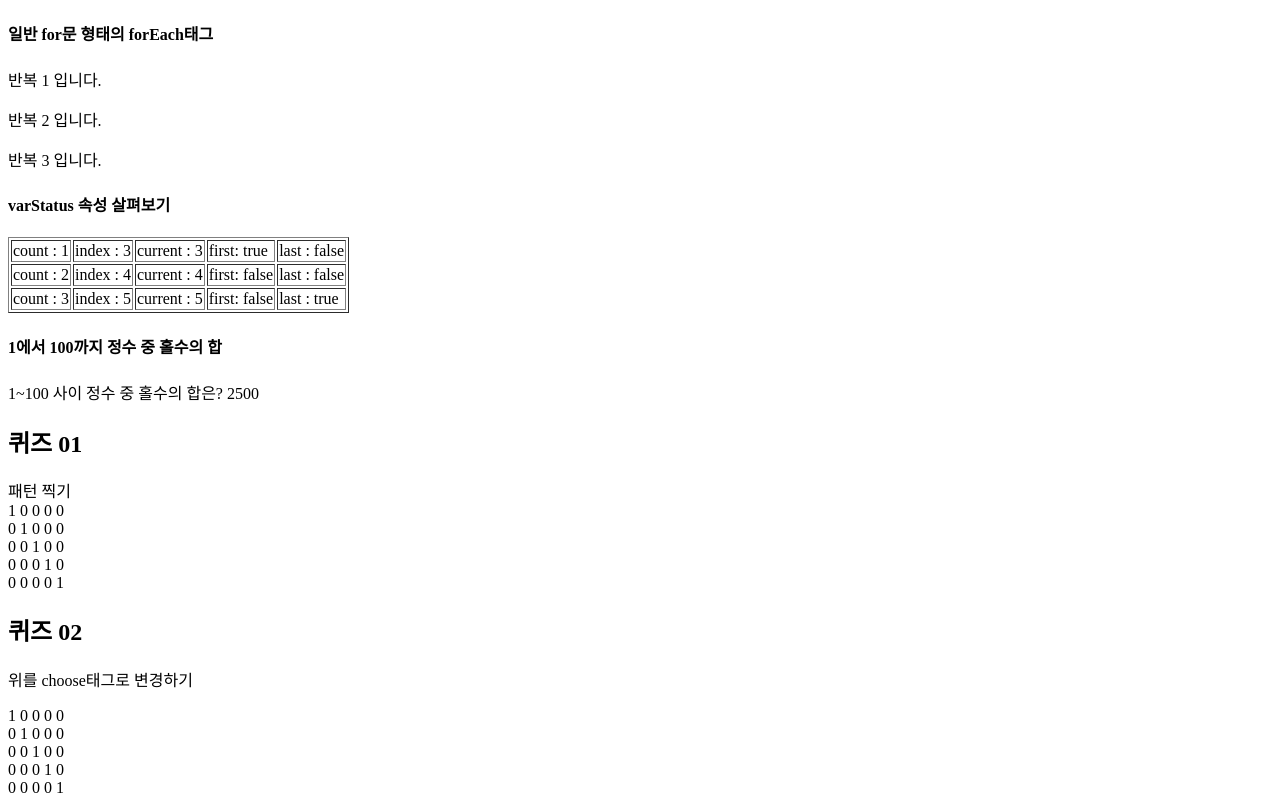
Repository: ssing365/JSPStudy
Page: http://localhost/JSPServlet/11JSTL/core/ForEachNormal.jsp
These files come from the project's save history. The page is drawn as it stood at one moment and after the next save; the edit follows.
The browser window is 1280 px wide. The pictures show the whole page.
The page is served by Tomcat 10. Other server files are loaded and not shown.

Above is the page before, as saved 2024-11-06 08:50:24.

### JSPServlet/src/main/webapp/11JSTL/core/ForEachNormal.jsp
<%@ page language="java" contentType="text/html; charset=UTF-8"
    pageEncoding="UTF-8"%>
<%@ taglib prefix="c" uri="jakarta.tags.core"%>
<!DOCTYPE html>
<html>
<head>
<meta charset="UTF-8">
<title>JSTL - forEach1</title>
</head>
<body>
	<!--
	forEach태그의 일반 for문 형태
		속성]
			begin : 반복문의 시작값
			end : 종료값
			step : 증가치(생략할 경우 1로 고정)
			var : 반복에 사용할 변수
	 -->
	<h4>일반 for문 형태의 forEach태그</h4>
	<c:forEach begin="1" end="3" step="1" var="i">
		<p>반복 ${i} 입니다.</p>
	</c:forEach>

	<h4>varStatus 속성 살펴보기</h4>
	<!--
	일반 for문에서의 varStatus 속성
	: 반복과 관련된 정보를 추상화한 클래스를 통해 정보를 반환한다.
		count : 실제 반복횟수 반환. 1부터 시작
		index : 변수 i의 변환하는 값을 반환
		first : 루프의 처음일 때 true를 반환
		last : 루프의 마지막에 true
		current : 현재 루프의 변수값을 반환(var속성에 지정된 변수)
		* 즉, 일반 for문에서는 index와 current는 동일한 값을 반환한다.
	 -->
	<table border="1">
	<c:forEach begin="3" end="5" var="i" varStatus="loop">
		<tr>
			<td>count : ${loop.count }</td>
			<td>index : ${loop.index }</td>
			<td>current : ${loop.current }</td>
			<td>first: ${loop.first }</td>
			<td>last : ${loop.last }</td>
		</tr>
	</c:forEach>
	</table>

	<h4>1에서 100까지 정수 중 홀수의 합</h4>
	<!-- 변수 j가 1~100까지 1씩 증가한다. step은 생략시 1로 지정됨 -->
	<c:forEach begin="1" end="100" var="j">
		<!-- if(j%2 ! =0)와 동일한 조건식. 즉 2로 나눠떨어지지 않는경우 -->
		<c:if test="${j mod 2 ne 0 }">
			<!-- sum에 증가하는 j를 누적해서 더해준다. -->
			<c:set var="sum" value="${sum + j }"></c:set>
		</c:if>
	</c:forEach>
	1~100 사이 정수 중 홀수의 합은? ${sum}

	<h2>퀴즈 01</h2>
	패턴 찍기<br/>
	<c:forEach begin="1" end="5" var="i" >
		<c:forEach begin="1" end="5" var="j">
			<c:if test="${ i eq j }" var="result">1</c:if>
			 <c:if test="${not result }" >0</c:if>
		</c:forEach>
		<br/>
	</c:forEach>

	<h2>퀴즈 02</h2>
	<p>위를 choose태그로 변경하기</p>
	<c:forEach begin="1" end="5" var="i" >
		<c:forEach begin="1" end="5" var="j">
			<c:choose>
				<c:when test="${ i eq j }">1
				</c:when>
				<c:otherwise>
				0
				</c:otherwise>
			</c:choose>
		</c:forEach>
		<br/>
	</c:forEach>

</body>
</html>

After the next save:
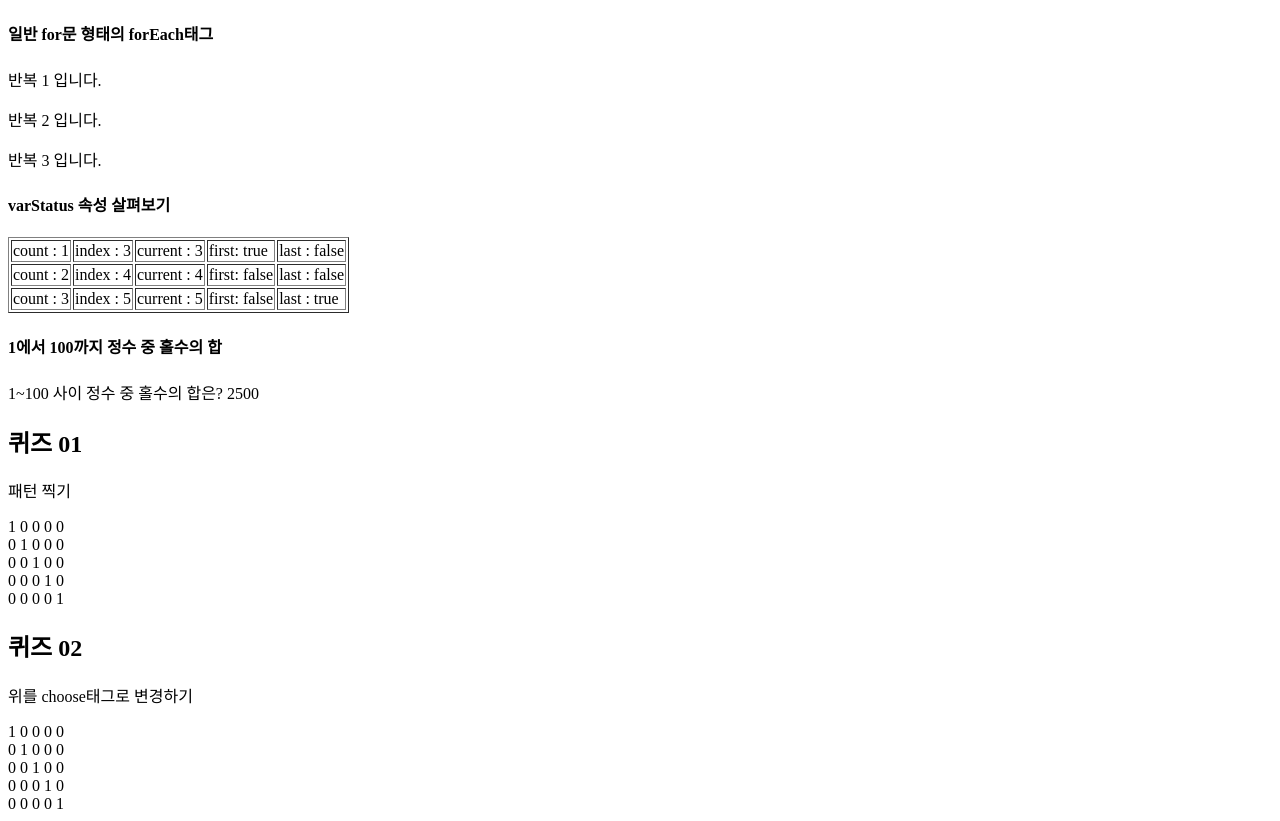
Saved 8 s later.
--- a/JSPServlet/src/main/webapp/11JSTL/core/ForEachNormal.jsp
+++ b/JSPServlet/src/main/webapp/11JSTL/core/ForEachNormal.jsp
@@ -56,7 +56,7 @@
 	1~100 사이 정수 중 홀수의 합은? ${sum}
 
 	<h2>퀴즈 01</h2>
-	패턴 찍기<br/>
+	<p>패턴 찍기</p>
 	<c:forEach begin="1" end="5" var="i" >
 		<c:forEach begin="1" end="5" var="j">
 			<c:if test="${ i eq j }" var="result">1</c:if>
